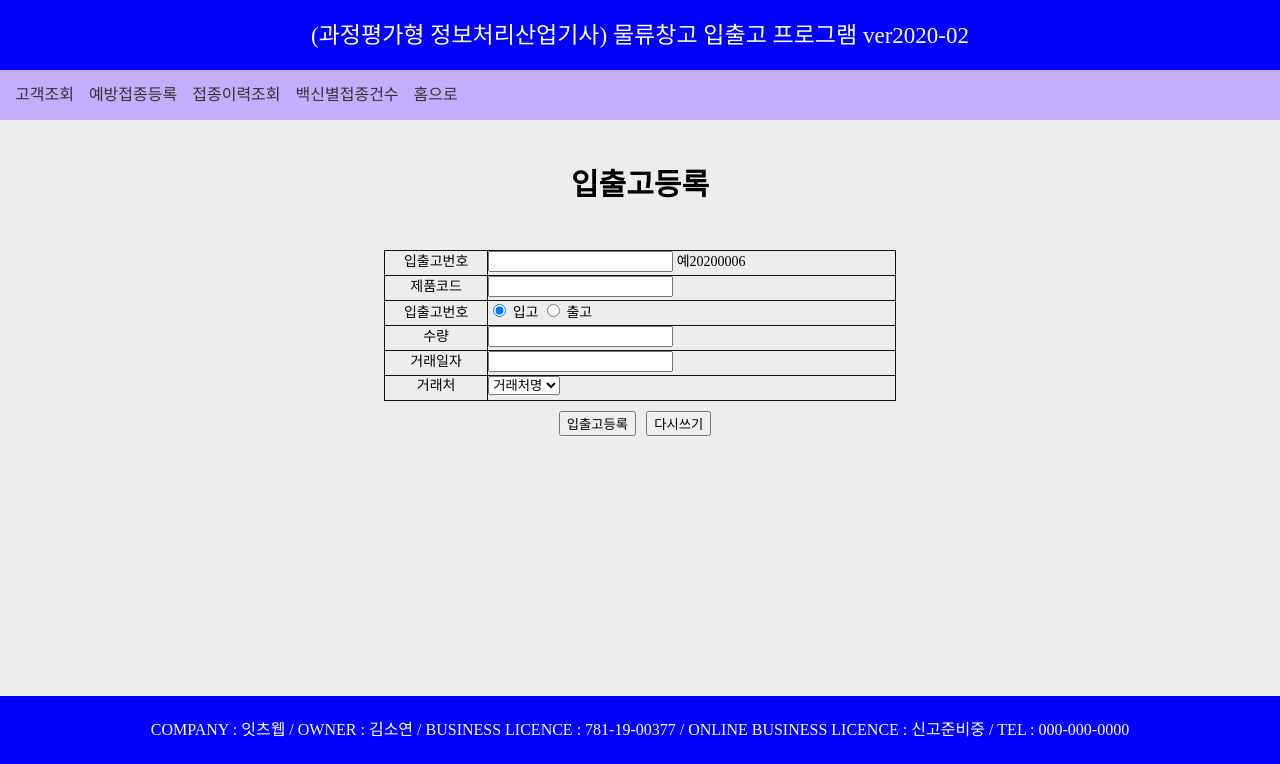
Repository: myeongwoo95/Engineer-Information-Processing
Page: http://localhost/Vaccination/insert.do
These files come from the project's save history. The page is drawn as it stood at one moment and after the next save; the edit follows.
The browser window is 1280 px wide. The pictures show the whole page.
The page is served by Tomcat 9. Other server files are loaded and not shown.

Above is the page before, as saved 2021-06-30 02:16:12.

### Vaccination/src/main/webapp/insert.jsp
<%@ page language="java" contentType="text/html; charset=UTF-8"
    pageEncoding="UTF-8"%>

<!DOCTYPE html>
<html>
<head>
	<meta charset="UTF-8">
    <meta http-equiv="X-UA-Compatible" content="IE=edge">
    <meta name="viewport" content="width=device-width, initial-scale=1.0">

    <link rel="stylesheet" href="css/reset.css">
	<link rel="stylesheet" href="css/common.css">
	<link rel="stylesheet" href="css/main.css">

	<title>예방접종등록</title>
</head>
<body>
	<%@include file="header.jsp"%>

	<section class="main-section insert-section">
		<h1>입출고등록</h1>
		<form name="myForm">
			<table>
				<tr>
					<th>입출고번호</th>
					<td>
						<input type="text" name="t_no" value="${maxTno }" readonly style="outline:0;">
						<span>예20200006</span>
					</td>
				</tr>

				<tr>
					<th>제품코드</th>
					<td><input type="text" name="p_code"></td>
				</tr>

				<tr>
					<th>입출고번호</th>
					<td>
						<label>
							<input type="radio" name="t_type" value="I" checked="checked">
							입고
						</label>

						<label>
							<input type="radio" name="t_type" value="O">
							출고
						</label>
					</td>
				</tr>

				<tr>
					<th>수량</th>
					<td><input type="number" name="t_cnt"></td>
				</tr>

				<tr>
					<th>거래일자</th>
					<td><input type="text" name="t_date"></td>
				</tr>

				<tr>
					<th>거래처</th>
					<td>
						<select name="c_code" class="c_code">
							<option value="">거래처명</option>
							<c:forEach var="list" items="${list }">
							<option value="${list.c_code}">${list.c_name}</option>
							</c:forEach>
						</select>
					</td>
				</tr>

			</table>

			<div class="btnlist">
				<input type="button" onclick="check()" value="입출고등록">
				<input type="button" onclick="remove()" value="다시쓰기">
			</div>

		</form>
	</section>
	<%@include file="footer.jsp"%>

</body>
</html>

### Vaccination/src/main/webapp/header.jsp
<%@ page language="java" contentType="text/html; charset=UTF-8"
    pageEncoding="UTF-8"%>
<%@ taglib uri="http://java.sun.com/jsp/jstl/core" prefix="c"%>
<%@ taglib uri="http://java.sun.com/jsp/jstl/fmt" prefix="fmt"%>
<%@ taglib uri="http://java.sun.com/jsp/jstl/functions" prefix="fn"%>

<header class="index-header">
	<h1>(과정평가형 정보처리산업기사) 물류창고 입출고 프로그램 ver2020-02</h1>
	<ul class="index-ul">
		<li><a href="view.do">고객조회</a></li>
		<li><a href="insert.do">예방접종등록</a></li>
		<li><a href="inputoutputlist.do">접종이력조회</a></li>
		<li><a href="saleslist.do">백신별접종건수</a></li>
		<li><a href="index.do">홈으로</a></li>
	</ul>
</header>

### Vaccination/src/main/webapp/footer.jsp
<%@ page language="java" contentType="text/html; charset=UTF-8"
    pageEncoding="UTF-8"%>

<footer class="index-footer">
	COMPANY : 잇츠웹 / OWNER : 김소연 / BUSINESS LICENCE : 781-19-00377 / ONLINE BUSINESS LICENCE : 신고준비중 / TEL : 000-000-0000
</footer>

### Vaccination/src/main/java/Controller/Controller.java
package Controller;

import java.io.IOException;

import javax.servlet.RequestDispatcher;
import javax.servlet.ServletException;
import javax.servlet.annotation.WebServlet;
import javax.servlet.http.HttpServlet;
import javax.servlet.http.HttpServletRequest;
import javax.servlet.http.HttpServletResponse;

@WebServlet("*.do")
public class Controller extends HttpServlet {
	private static final long serialVersionUID = 1L;
    public Controller() {
        super();
    }

	protected void doGet(HttpServletRequest request, HttpServletResponse response) throws ServletException, IOException {
		executeDO(request, response);
	}

	protected void doPost(HttpServletRequest request, HttpServletResponse response) throws ServletException, IOException {
		executeDO(request, response);
	}

	protected void executeDO(HttpServletRequest request, HttpServletResponse response) throws ServletException, IOException {
		String url = request.getRequestURI();
		String conText = request.getContextPath();
		String doExe = url.substring(conText.length());

		String viewPage = null;

		switch(doExe) {
		case "/index.do":
			viewPage = "index.jsp";
			break;

		case "/view.do":
			viewPage = "view.jsp";
			break;

		case "/insert.do":
			viewPage = "insert.jsp";
			break;

		}


		if(viewPage != null) {
			RequestDispatcher rd = request.getRequestDispatcher(viewPage);
			rd.forward(request, response);
		}

	}

}

### Vaccination/src/main/webapp/css/reset.css
@charset "UTF-8";

/* http://meyerweb.com/eric/tools/css/reset/
   v2.0 | 20110126
   License: none (public domain)
*/

html, body, div, span, applet, object, iframe,
h1, h2, h3, h4, h5, h6, p, blockquote, pre,
a, abbr, acronym, address, big, cite, code,
del, dfn, em, img, ins, kbd, q, s, samp,
small, strike, tt, var,
b, u, i, center,
dl, dt, dd, ol, ul, li,
fieldset, form, label, legend,
table, caption, tbody, tfoot, thead, tr, th, td,
article, aside, canvas, details, embed,
figure, figcaption, footer, header, hgroup,
menu, nav, output, ruby, section, summary,
time, mark, audio, video {
    margin: 0;
    padding: 0;
    border: 0;
    font-size: 100%;
    font: inherit;
    vertical-align: baseline;
}

/* HTML5 display-role reset for older browsers */
article, aside, details, figcaption, figure,
footer, header, hgroup, menu, nav, section {
    display: block;
}
body {
    line-height: 1;
}
ol, ul {
    list-style: none;
}
blockquote, q {
    quotes: none;
}
blockquote:before, blockquote:after,
q:before, q:after {
    content: '';
    content: none;
}
table {
    border-collapse: collapse;
    border-spacing: 0;
}

### Vaccination/src/main/webapp/css/common.css
/*================================================================
# margin
=================================================================*/
.mr-5 {margin-right: 5px;}
.ml-5 {margin-left: 5px;}
.mt-5 {margin-top: 5px;}
.mb-5 {margin-bottom: 5px;}
.mr-10 {margin-right: 10px;}
.ml-10 {margin-left: 10px;}
.mt-10 {margin-top: 10px;}
.mb-10 {margin-bottom: 10px;}
.mr-15 {margin-right: 15px;}
.ml-15 {margin-left: 15px;}
.mt-15 {margin-top: 15px;}
.mb-15 {margin-bottom: 15px;}
.mr-20 { margin-right: 20px;}
.ml-20 {margin-left: 20px;}
.mt-20 {margin-top: 20px;}
.mb-20 {margin-bottom: 20px;}
.mr-25 {margin-right: 25px;}
.ml-25 {margin-left: 25px;}
.mt-25 {margin-top: 25px;}
.mb-25 {margin-bottom: 25px;}
.mr-30 {margin-right: 30px;}
.ml-30 {margin-left: 30px;}
.mt-30 {margin-top: 30px;}
.mb-30 {margin-bottom: 30px;}
.mr-35 {margin-right: 35px;}
.ml-35 {margin-left: 35px;}
.mt-35 {margin-top: 35px;}
.mb-35 {margin-bottom: 35px;}
.mr-40 {margin-right: 40px;}
.ml-40 {margin-left: 40px;}
.mt-40 {margin-top: 40px;}
.mb-40 {margin-bottom: 40px;}
.mr-45 {margin-right: 45px;}
.ml-45 { margin-left: 45px;}
.mt-45 {margin-top: 45px;}
.mb-45 {margin-bottom: 45px;}
.mr-50 {margin-right: 50px;}
.ml-50 {margin-left: 50px;}
.mt-50 {margin-top: 50px;}
.mb-50 {margin-bottom: 50px;}
.mr-55 {margin-right: 55px;}
.ml-55 {margin-left: 55px;}
.mt-55 {margin-top: 55px;}
.mb-55 {margin-bottom: 55px;}
.mr-60 {margin-right: 60px;}
.ml-60 {margin-left: 60px;}
.mt-60 {margin-top: 60px;}
.mb-60{margin-bottom: 60;}
.mr-65 {margin-right: 65px;}
.ml-65 {margin-left: 65px;}
.mt-65 {margin-top: 65px;}
.mb-65 {margin-bottom: 65px;}
.mr-70 {margin-right: 70px;}
.ml-70 {margin-left: 70px;}
.mt-70 {margin-top: 70px;}
.mb-70 {margin-bottom: 70px;}
.mr-75 {margin-right: 75px;}
.ml-75 {margin-left: 75px;}
.mt-75 {margin-top: 75px;}
.mb-75 {margin-bottom: 75px;}
.mr-80 {margin-right: 80px;}
.ml-80 {margin-left: 80px;}
.mt-80 {margin-top: 80px;}
.mb-80 {margin-bottom: 80px;}
.mr-85 {margin-right: 85px;}
.ml-85 {margin-left: 85px;}
.mt-85 {margin-top:85px;}
.mb-85 {margin-bottom: 85px;}
.mr-90 {margin-right: 90px;}
.ml-90 {margin-left: 90px;}
.mt-90 {margin-top:90px;}
.mb-90 {margin-bottom: 90px;}
.mr-95 {margin-right: 95px;}
.ml-95 {margin-left: 95px;}
.mt-95 {margin-top: 95px;}
.mb-95 {margin-bottom: 95px;}
.mr-100 {margin-right: 100px;}
.ml-100 {margin-left: 100px;}
.mt-100 {margin-top: 100px;}
.mb-100 {margin-bottom: 100px;}
.mr-110 {margin-right: 110px;}
.ml-110 {margin-left: 110px;}
.mt-110 {margin-top:110px;}
.mb-110 {margin-bottom: 110px;}
.mr-120 {margin-right: 120px;}
.ml-120 {margin-left: 120px;}
.mt-120 {margin-top: 120px;}
.mb-120 {margin-bottom: 120px;}
.mr-130 {margin-right: 130px;}
.ml-130 {margin-left: 130px;}
.mt-130 {margin-top: 130px;}
.mb-130 {margin-bottom: 130px;}
.mr-140 {margin-right: 140px;}
.ml-140 {margin-left: 140px;}
.mt-140 {margin-top:140px;}
.mb-140 {margin-bottom: 140px;}
.mr-150 {margin-right: 150px;}
.ml-150 {margin-left: 150px;}
.mt-150 {margin-top: 150px;}
.mb-150 {margin-bottom: 150px;}
.mr-160 {margin-right: 160px;}
.ml-160 {margin-left: 160px;}
.mt-160 {margin-top:160px;}
.mb-160 {margin-bottom: 160px;}
.mr-170 {margin-right: 170px;}
.ml-170 {margin-left: 170px;}
.mt-170 {margin-top:170px;}
.mb-170 {margin-bottom: 170px;}
.mr-180 {margin-right: 180px;}
.ml-180 {margin-left: 180px;}
.mt-180 {margin-top:180px;}
.mb-180 {margin-bottom: 180px;}
.mr-190 {margin-right: 190px;}
.ml-190 {margin-left: 190px;}
.mt-190 {margin-top:190px;}
.mb-190 {margin-bottom: 190px;}
.mr-200 {margin-right: 200px;}
.ml-200 {margin-left: 200px;}
.mt-200 {margin-top:200px;}
.mb-200 {margin-bottom: 200px;}
.mr-210 {margin-right: 210px;}
.ml-210 {margin-left: 210px;}
.mt-210 {margin-top:210px;}
.mb-210 {margin-bottom: 210px;}
.mr-220 {margin-right: 220px;}
.ml-220 {margin-left: 220px;}
.mt-220 {margin-top: 220px;}
.mb-220 {margin-bottom: 220px;}
.mr-230 {margin-right: 230px;}
.ml-230 {margin-left: 230px;}
.mt-230 {margin-top: 230px;}
.mb-230 {margin-bottom: 230px;}
.mr-240 {margin-right: 240px;}
.ml-240 {margin-left: 240px;}
.mt-240 {margin-top: 240px;}
.mb-240 {margin-bottom: 240px;}
.mr-250 {margin-right: 250px;}
.ml-250 {margin-left: 250px;}
.mt-250 {margin-top: 250px;}
.mb-250 {margin-bottom: 250px;}
.mr-260 {margin-right: 260px;}
.ml-260 {margin-left: 260px;}
.mt-260 {margin-top: 260px;}
.mb-260 {margin-bottom: 260px;}
.mr-270 {margin-right: 270px;}
.ml-270 {margin-left: 270px;}
.mt-270 {margin-top: 270px;}
.mb-270 {margin-bottom: 270px;}
.mr-280 {margin-right: 280px;}
.ml-280 {margin-left: 280px;}
.mt-280 {margin-top: 280px;}
.mb-280 {margin-bottom: 280px;}
.mr-290 {margin-right: 290px;}
.ml-290 {margin-left: 290px;}
.mt-290 {margin-top: 290px;}
.mb-290 {margin-bottom: 290px;}
.mr-300 {margin-right: 300px;}
.ml-300 {margin-left: 300px;}
.mt-300 {margin-top: 300px;}
.mb-300 {margin-bottom: 300px;}

/*================================================================
# padding
=================================================================*/
.pr-5 {padding-right: 5px;}
.pl-5 {padding-left: 5px;}
.pt-5 {padding-top: 5px;}
.pb-5 {padding-bottom: 5px;}
.pr-10 {padding-right: 10px;}
.pl-10 {padding-left: 10px;}
.pt-10 {padding-top: 10px;}
.pb-10 {padding-bottom: 10px;}
.pr-15 {padding-right: 15px;}
.pl-15 {padding-left: 15px;}
.pt-15 {padding-top: 15px;}
.pb-15 {padding-bottom: 15px;}
.pr-20 { padding-right: 20px;}
.pl-20 {padding-left: 20px;}
.pt-20 {padding-top: 20px;}
.pb-20 {padding-bottom: 20px;}
.pr-25 {padding-right: 25px;}
.pl-25 {padding-left: 25px;}
.pt-25 {padding-top: 25px;}
.pb-25 {padding-bottom: 25px;}
.pr-30 {padding-right: 30px;}
.pl-30 {padding-left: 30px;}
.pt-30 {padding-top: 30px;}
.pb-30 {padding-bottom: 30px;}
.pr-35 {padding-right: 35px;}
.pl-35 {padding-left: 35px;}
.pt-35 {padding-top: 35px;}
.pb-35 {padding-bottom: 35px;}
.pr-40 {padding-right: 40px;}
.pl-40 {padding-left: 40px;}
.pt-40 {padding-top: 40px;}
.pb-40 {padding-bottom: 40px;}
.pr-45 {padding-right: 45px;}
.pl-45 { padding-left: 45px;}
.pt-45 {padding-top: 45px;}
.pb-45 {padding-bottom: 45px;}
.pr-50 {padding-right: 50px;}
.pl-50 {padding-left: 50px;}
.pt-50 {padding-top: 50px;}
.pb-50 {padding-bottom: 50px;}
.pr-55 {padding-right: 55px;}
.pl-55 {padding-left: 55px;}
.pt-55 {padding-top: 55px;}
.pb-55 {padding-bottom: 55px;}
.pr-60 {padding-right: 60px;}
.pl-60 {padding-left: 60px;}
.pt-60 {padding-top: 60px;}
.pb-60 {padding-bottom: 60;}
.pr-65 {padding-right: 65px;}
.pl-65 {padding-left: 65px;}
.pt-65 {padding-top: 65px;}
.pb-65 {padding-bottom: 65px;}
.pr-70 {padding-right: 70px;}
.pl-70 {padding-left: 70px;}
.pt-70 {padding-top: 70px;}
.pb-70 {padding-bottom: 70px;}
.pr-75 {padding-right: 75px;}
.pl-75 {padding-left: 75px;}
.pt-75 {padding-top: 75px;}
.pb-75 {padding-bottom: 75px;}
.pr-80 {padding-right: 80px;}
.pl-80 {padding-left: 80px;}
.pt-80 {padding-top: 80px;}
.pb-80 {padding-bottom: 80px;}
.pr-85 {padding-right: 85px;}
.pl-85 {padding-left: 85px;}
.pt-85 {padding-top:85px;}
.pb-85 {padding-bottom: 85px;}
.pr-90 {padding-right: 90px;}
.pl-90 {padding-left: 90px;}
.pt-90 {padding-top:90px;}
.pb-90 {padding-bottom: 90px;}
.pr-95 {padding-right: 95px;}
.pl-95 {padding-left: 95px;}
.pt-95 {padding-top: 95px;}
.pb-95 {padding-bottom: 95px;}
.pr-100 {padding-right: 100px;}
.pl-100 {padding-left: 100px;}
.pt-100 {padding-top: 100px;}
.pb-100 {padding-bottom: 100px;}
.pr-110 {padding-right: 110px;}
.pl-110 {padding-left: 110px;}
.pt-110 {padding-top:110px;}
.pb-110 {padding-bottom: 110px;}
.pr-120 {padding-right: 120px;}
.pl-120 {padding-left: 120px;}
.pt-120 {padding-top: 120px;}
.pb-120 {padding-bottom: 120px;}
.pr-130 {padding-right: 130px;}
.pl-130 {padding-left: 130px;}
.pt-130 {padding-top: 130px;}
.pb-130 {padding-bottom: 130px;}
.pr-140 {padding-right: 140px;}
.pl-140 {padding-left: 140px;}
.pt-140 {padding-top:140px;}
.pb-140 {padding-bottom: 140px;}
.pr-150 {padding-right: 150px;}
.pl-150 {padding-left: 150px;}
.pt-150 {padding-top: 150px;}
.pb-150 {padding-bottom: 150px;}
.pr-160 {padding-right: 160px;}
.pl-160 {padding-left: 160px;}
.pt-160 {padding-top:160px;}
.pb-160 {padding-bottom: 160px;}
.pr-170 {padding-right: 170px;}
.pl-170 {padding-left: 170px;}
.pt-170 {padding-top:170px;}
.pb-170 {padding-bottom: 170px;}
.pr-180 {padding-right: 180px;}
.pl-180 {padding-left: 180px;}
.pt-180 {padding-top:180px;}
.pb-180 {padding-bottom: 180px;}
.pr-190 {padding-right: 190px;}
.pl-190 {padding-left: 190px;}
.pt-190 {padding-top:190px;}
.pb-190 {padding-bottom: 190px;}
.pr-200 {padding-right: 200px;}
.pl-200 {padding-left: 200px;}
.pt-200 {padding-top:200px;}
.pb-200 {padding-bottom: 200px;}
.pr-210 {padding-right: 210px;}
.pl-210 {padding-left: 210px;}
.pt-210 {padding-top:210px;}
.pb-210 {padding-bottom: 210px;}
.pr-220 {padding-right: 220px;}
.pl-220 {padding-left: 220px;}
.pt-220 {padding-top: 220px;}
.pb-220 {padding-bottom: 220px;}
.pr-230 {padding-right: 230px;}
.pl-230 {padding-left: 230px;}
.pt-230 {padding-top: 230px;}
.pb-230 {padding-bottom: 230px;}
.pr-240 {padding-right: 240px;}
.pl-240 {padding-left: 240px;}
.pt-240 {padding-top: 240px;}
.pb-240 {padding-bottom: 240px;}
.pr-250 {padding-right: 250px;}
.pl-250 {padding-left: 250px;}
.pt-250 {padding-top: 250px;}
.pb-250 {padding-bottom: 250px;}
.pr-260 {padding-right: 260px;}
.pl-260 {padding-left: 260px;}
.pt-260 {padding-top: 260px;}
.pb-260 {padding-bottom: 260px;}
.pr-270 {padding-right: 270px;}
.pl-270 {padding-left: 270px;}
.pt-270 {padding-top: 270px;}
.pb-270 {padding-bottom: 270px;}
.pr-280 {padding-right: 280px;}
.pl-280 {padding-left: 280px;}
.pt-280 {padding-top: 280px;}
.pb-280 {padding-bottom: 280px;}
.pr-290 {padding-right: 290px;}
.pl-290 {padding-left: 290px;}
.pt-290 {padding-top: 290px;}
.pb-290 {padding-bottom: 290px;}
.pr-300 {padding-right: 300px;}
.pl-300 {padding-left: 300px;}
.pt-300 {padding-top: 300px;}
.pb-300 {padding-bottom: 300px;}

/*================================================================
# clearfix
=================================================================*/
.clearfix::after{
    content: "";
    clear: both;
    display: block;
}
.float--left{
    float: left;
}
.float--right{
    float: right;
}

/*================================================================
# box-sizing
=================================================================*/
*,
*::before,
*::after {
  box-sizing: border-box;
}

/*================================================================
# IR 기법
=================================================================*/
/* 의미있는 이미지의 대체 텍스트를 제공하는 경우 */
/* 의미있는 이미지의 대체 텍스트로 이미지가 없어도 대체 텍스트를 보여주고자 할 때 */
/* 대체 텍스트가 아닌 접근성을 위한 숨김 텍스트를 제공할 때 */
.ir_pm {display: block; overflow: hidden; font-size: 0; line-height: 0; text-indent: -9999px;}
.ir_wa {display: block; overflow: hidden; position: relative; z-index: -1; width: 100%; height: 100%;}
.ir_su {overflow: hidden; position: absolute; width: 0; height: 0; line-height: 0; text-indent: -9999px;}

/*================================================================
# input-text
=================================================================*/
.input--text{
   height: 34px;
   padding: 0 12px;
   border: 1px solid #ddd;
   border-radius: 5px;
   box-sizing: border-box;
   outline: none;
   box-shadow: inset 0 1px 12px rgba(0, 0, 0, 0.075);
   font-size: 16px;
}

.input--text:focus{
    border-color: #51a7e8;
    box-shadow: 0 0 5px rgba(81, 167, 232, 0.5),
                inset 0 1px 12px rgba(0, 0, 0, 0.075);
 }

/* vendor Prefix for input-text*/
.input--text::-webkit-input-placeholder { color: #cacaca }
.input--text::-ms-input-placeholder { color: #cacaca }
.input--text::-moz-input-placeholder { color: #cacaca }

/*================================================================
# text-indent
=================================================================*/
.text-indent5 {text-indent: 5px;}
.text-indent10 {text-indent: 10px;}
.text-indent15 {text-indent: 15px;}
.text-indent20 {text-indent: 20px;}
.text-indent25 {text-indent: 25px;}
.text-indent30 {text-indent: 30px;}
.text-indent35 {text-indent: 35px;}
.text-indent40 {text-indent: 40px;}
.text-indent45 {text-indent: 45px;}
.text-indent50 {text-indent: 50px;}

/*================================================================
# font-weight
=================================================================*/
.fw-400 {font-weight: 400;}
.fw-500 {font-weight: 500;}
.fw-600 {font-weight: 600;}
.fw-700 {font-weight: 700;}
.fw-800 {font-weight: 800;}
.fw-900 {font-weight: 900;}

/*================================================================
# font-size
=================================================================*/
.fz-12 {font-size: 12px;}
.fz-13 {font-size: 13px;}
.fz-14 {font-size: 14px;}
.fz-15 {font-size: 15px;}
.fz-16 {font-size: 16px;}
.fz-17 {font-size: 17px;}
.fz-18 {font-size: 18px;}
.fz-19 {font-size: 19px;}
.fz-20 {font-size: 20px;}
.fz-21 {font-size: 21px;}
.fz-22 {font-size: 22px;}
.fz-23 {font-size: 23px;}
.fz-24 {font-size: 24px;}
.fz-25 {font-size: 25px;}
.fz-26 {font-size: 26px;}
.fz-27 {font-size: 27px;}
.fz-28 {font-size: 28px;}
.fz-29 {font-size: 29px;}
.fz-30 {font-size: 30px;}

### Vaccination/src/main/webapp/css/main.css
@charset "UTF-8";

body{
	font-size: 14px;
	font-weight: 400;
}

/*================================================================
# index
=================================================================*/
/* index header */
.index-header h1{
	background: blue;
	height: 70px;
	font-size: 23px;
	display: flex;
	justify-content: center;
	align-items: center;
	color: #fff;
}

.index-header ul{
	background: rgb(193,174,253);
	display: flex;
	height: 50px;
	align-items: center;
}

.index-header ul li {
	margin-left: 15px;
}

.index-header ul li a{
	text-decoration: none;
	color: #333;
	font-size: 16px;
	font-weight: 500;
}

/* index section */
.main-section{
	height: 80vh;
	background: rgb(237,237,237);
}

.index-section h2{
	font-size: 30px;
	color: #333;
	text-align: center;
	padding-top: 50px;
	margin-bottom: 50px;
	font-weight: 800;
}

.index-section p{
	font-size : 15px;
	font-weight: 500;
	margin-left: 10px;
	margin-bottom: 20px;
}

/* index footer */
.index-footer{
	height: 68px;
	background: blue;
	display: flex;
	justify-content: center;
	align-items: center;
	color: white;
	font-size: 16px;
	font-weight: 500;
}

/*================================================================
# view
=================================================================*/
.view-section h1{
	text-align: center;
	font-size: 30px;
	font-weight: 800;
	padding-top: 50px;
	margin-bottom: 50px;
}

.view-section table{
	border: 1px solid #111;
	width: 40%;
	margin: 0 auto;
	padding-top: 50px;
}

.view-section table th{
	text-align: center;
	height: 25px;
	border: 1px solid #111;
	vertical-align: center;
}

.view-section table td{
	text-align: center;
	height: 25px;
	border: 1px solid #111;
	vertical-align: center;
}

/*================================================================
# insert
=================================================================*/
.insert-section h1{
	text-align: center;
	font-size: 30px;
	font-weight: 800;
	padding-top: 50px;
	margin-bottom: 50px;
}

.insert-section table{
	border: 1px solid #111;
	width: 40%;
	margin: 0 auto;
	padding-top: 50px;
}

.insert-section table th{
	text-align: center;
	height: 25px;
	border: 1px solid #111;
	vertical-align: center;
}

.insert-section table td{
	text-align: left;
	height: 25px;
	border: 1px solid #111;
	vertical-align: center;
}

.insert-section .btnlist{
	margin-top:10px;
	display: flex;
	justify-content: center;
}

.insert-section .btnlist input{
	margin-right: 10px;
}

/*================================================================
# inputoutputlist
=================================================================*/
.inputoutputlist-section h1{
	text-align: center;
	font-size: 30px;
	font-weight: 800;
	padding-top: 50px;
	margin-bottom: 50px;
}

.inputoutputlist-section table{
	border: 1px solid #111;
	width: 40%;
	margin: 0 auto;
	padding-top: 50px;
}

.inputoutputlist-section table th{
	text-align: center;
	height: 25px;
	border: 1px solid #111;
	vertical-align: center;
}

.inputoutputlist-section table td{
	text-align: center;
	height: 25px;
	border: 1px solid #111;
	vertical-align: center;
}

/*================================================================
# saleslist
=================================================================*/

.saleslist-section h1{
	text-align: center;
	font-size: 30px;
	font-weight: 800;
	padding-top: 50px;
	margin-bottom: 50px;
}

.saleslist-section table{
	border: 1px solid #111;
	width: 40%;
	margin: 0 auto;
	padding-top: 50px;
}

.saleslist-section table th{
	text-align: center;
	height: 25px;
	border: 1px solid #111;
	vertical-align: center;
}

.saleslist-section table th:last-child{
	text-align: right;
}

.saleslist-section table td{
	text-align: center;
	height: 25px;
	border: 1px solid #111;
	vertical-align: center;
}

.saleslist-section table td:last-child{
	text-align: right;
}

After the next save:
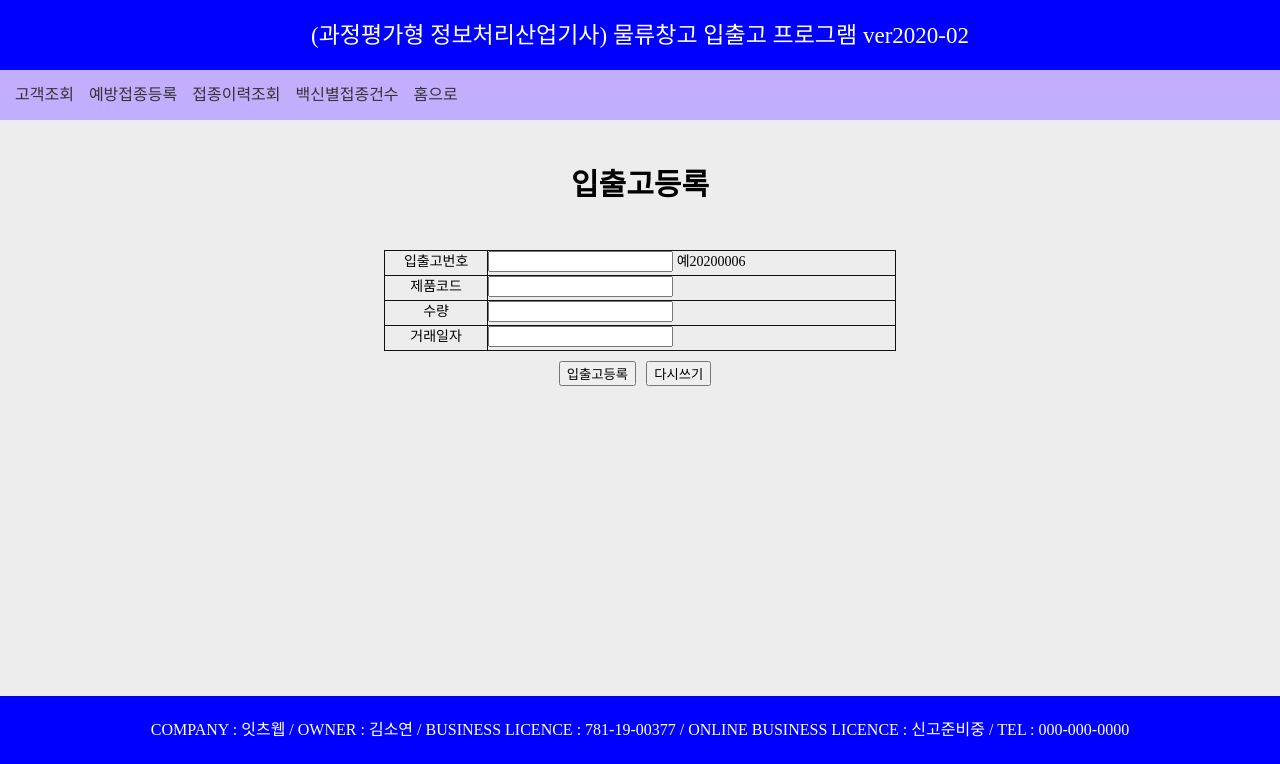
Saved 25 s later.
--- a/Vaccination/src/main/webapp/insert.jsp
+++ b/Vaccination/src/main/webapp/insert.jsp
@@ -35,21 +35,6 @@
 				</tr>
 
 				<tr>
-					<th>입출고번호</th>
-					<td>
-						<label>
-							<input type="radio" name="t_type" value="I" checked="checked">
-							입고
-						</label>
-
-						<label>
-							<input type="radio" name="t_type" value="O">
-							출고
-						</label>
-					</td>
-				</tr>
-
-				<tr>
 					<th>수량</th>
 					<td><input type="number" name="t_cnt"></td>
 				</tr>
@@ -59,17 +44,6 @@
 					<td><input type="text" name="t_date"></td>
 				</tr>
 
-				<tr>
-					<th>거래처</th>
-					<td>
-						<select name="c_code" class="c_code">
-							<option value="">거래처명</option>
-							<c:forEach var="list" items="${list }">
-							<option value="${list.c_code}">${list.c_name}</option>
-							</c:forEach>
-						</select>
-					</td>
-				</tr>
 
 			</table>
 
